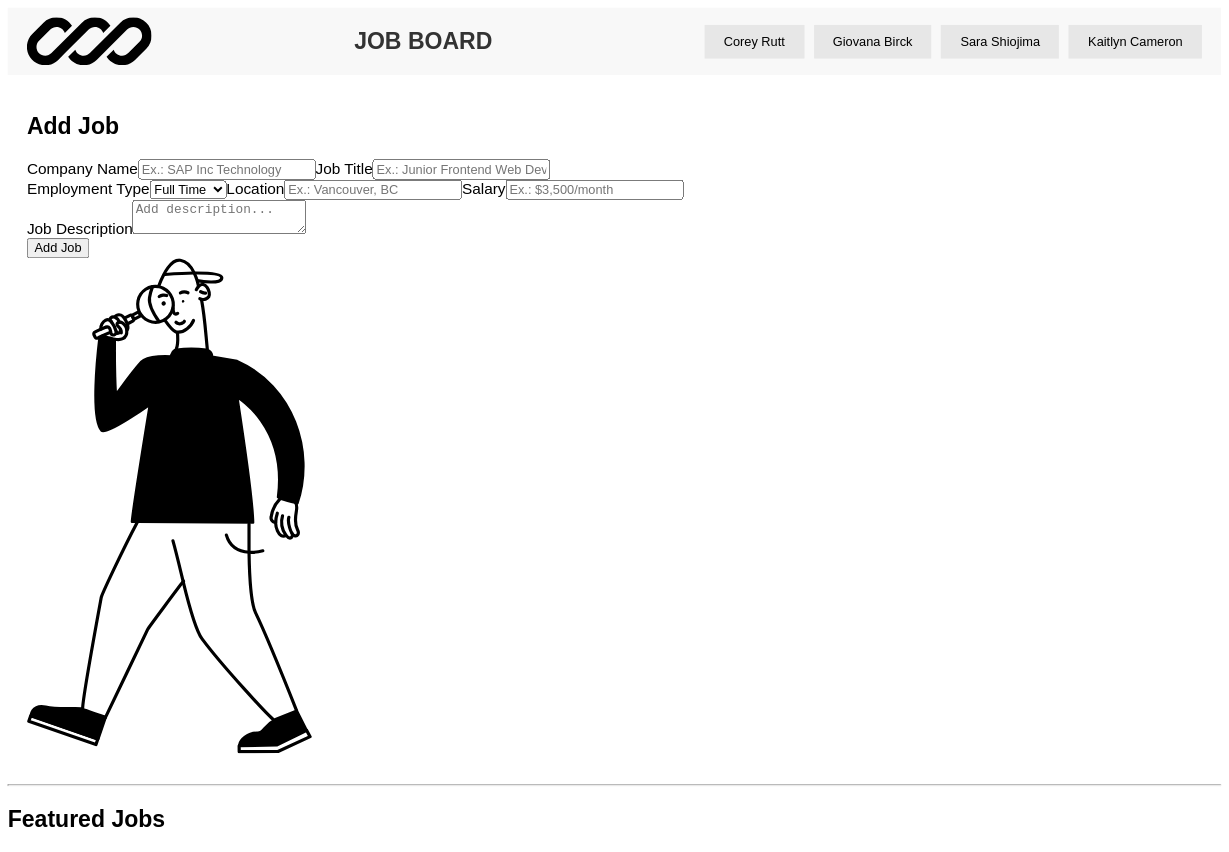
Repository: kcameron37/Final-Project-FrontEnd
Page: /
The author's editor kept a copy of each file at every save. The page is drawn from the files as they stood at one save, then again after a run of saves.
The browser window is 1280 px wide. The pictures show the whole page, at 96% of full size.
The project was rebuilt for these pictures with package versions that can differ from the ones it lists, and the page was loaded fresh each time.

Above is the page before, as saved 2023-11-14 20:05:52.

### src/App.js
import React, { useState } from 'react';

import styles from './styles.css';

import JobList from './components/JobList.js';
import AddJob from './components/AddJob.js';
import NavBar from './components/NavBar.js';


export default function App() {
  const [jobs, setJobs] = useState([]);

  const addJob = (job) => {
    setJobs([...jobs, job]);
  };

  const deleteJob = (index) => {
    const newJobs = jobs.filter((_, idx) => idx !== index);
    setJobs(newJobs);
  };

  return (
    <div className="App">
      <NavBar />
      <AddJob addJob={addJob} />
      <JobList jobs={jobs} deleteJob={deleteJob} />
    </div>
  );
}

### src/styles.css
.App {
  font-family: 'Rubik', sans-serif;
}

### src/components/JobList.js
import React from 'react';

export default function JobList({ jobs, deleteJob }) {
  return (
    <div>
      <hr />
      <h2>Featured Jobs</h2>
      {
        jobs.map((job, index) => (
          <div key={index} className="job-item">
            <h3>{job.jobTitle}</h3>
            <button onClick={() => console.log('Make Edit Do Something')}>Edit</button>
            <button onClick={() => deleteJob(index)}>Delete</button>
            <p>{job.companyName} • {job.employment} • {job.location} • {job.salary}</p>
            <p>{job.description}</p>
            <hr />
          </div>
        ))
      }
    </div>
  );
}

### src/components/AddJob.js
import React, { useState } from 'react';
import styles from './addJob.module.css';


export default function AddJob({ addJob }) {

    const [job, setJob] = useState({
        companyName: '',
        jobTitle: '',
        employment: 'Full Time',
        location: '',
        salary: '',
        description: ''
    });

    const handleSubmit = (e) => {
        e.preventDefault();
        addJob(job);
        setJob({ companyName: '', jobTitle: '', employment: 'Full Time', location: '', salary: '', description: '' });
    }

    const handleChange = (e) => {
        setJob({ ...job, [e.target.name]: e.target.value });
    };

    return (
        <form onSubmit={handleSubmit} className={styles.formContainer}>
            <h2>Add Job</h2>
            <div>
                <label>Company Name</label>
                <input
                    type="text"
                    name="companyName"
                    value={job.companyName}
                    onChange={handleChange}
                    placeholder="Ex.: SAP Inc Technology"
                />

                <label>Job Title</label>
                <input
                    type="text"
                    name="jobTitle"
                    value={job.jobTitle}
                    onChange={handleChange}
                    placeholder="Ex.: Junior Frontend Web Developer"
                />
            </div>

            <div>
                <label>Employment Type</label>
                <select name="employment" value={job.employment} onChange={handleChange}>
                    <option value="Full Time">Full Time</option>
                    <option value="Part Time">Part Time</option>
                </select>

                <label>Location</label>
                <input
                    type="text"
                    name="location"
                    value={job.location}
                    onChange={handleChange}
                    placeholder="Ex.: Vancouver, BC"
                />

                <label>Salary</label>
                <input
                    type="text"
                    name="salary"
                    value={job.salary}
                    onChange={handleChange}
                    placeholder="Ex.: $3,500/month"
                />
            </div>

            <div>
                <label>Job Description</label>
                <textarea
                    name="description"
                    value={job.description}
                    onChange={handleChange}
                    placeholder="Add description..."
                />
            </div>
            <button type="submit">Add Job</button>

            <div>
                <img src="/images/man.svg" alt="Logo" />
            </div>
        </form>
    );
}

### src/components/NavBar.js
import React from 'react';
import styles from './navBar.module.css';

export default function NavBar() {
    return (
        <div className={styles.navBar}>
            <img src="/images/logo.svg" alt="Logo" />
            <h2>JOB BOARD</h2>
            <div>
                <button>Corey Rutt</button>
                <button>Giovana Birck</button>
                <button>Sara Shiojima</button>
                <button>Kaitlyn Cameron</button>
            </div>
        </div>
    );
}

### src/components/addJob.module.css
.formContainer {
    max-width: 100vw;
    margin: 0 auto;
    padding: 20px;
    font-family: 'Rubik', sans-serif;
}

### src/components/navBar.module.css
.navBar {
    background-color: #f8f8f8;
    padding: 10px 20px;
    display: flex;
    align-items: center;
    justify-content: space-between;
  }

  .navBar img {
    height: 50px;
  }

  .navBar h2 {
    margin: 0;
    padding: 0;
    font-size: 24px;
    color: #333;
  }

  .navBar button {
    background-color: #e7e7e7;
    border: none;
    padding: 10px 20px;
    margin-left: 10px;
    cursor: pointer;
    transition: background-color 0.3s;
  }

  .navBar button:hover {
    background-color: #d7d7d7;
  }

Loaded but not shown: public/index.html (common file); src/index.js (common file)

After the next 2 saves:
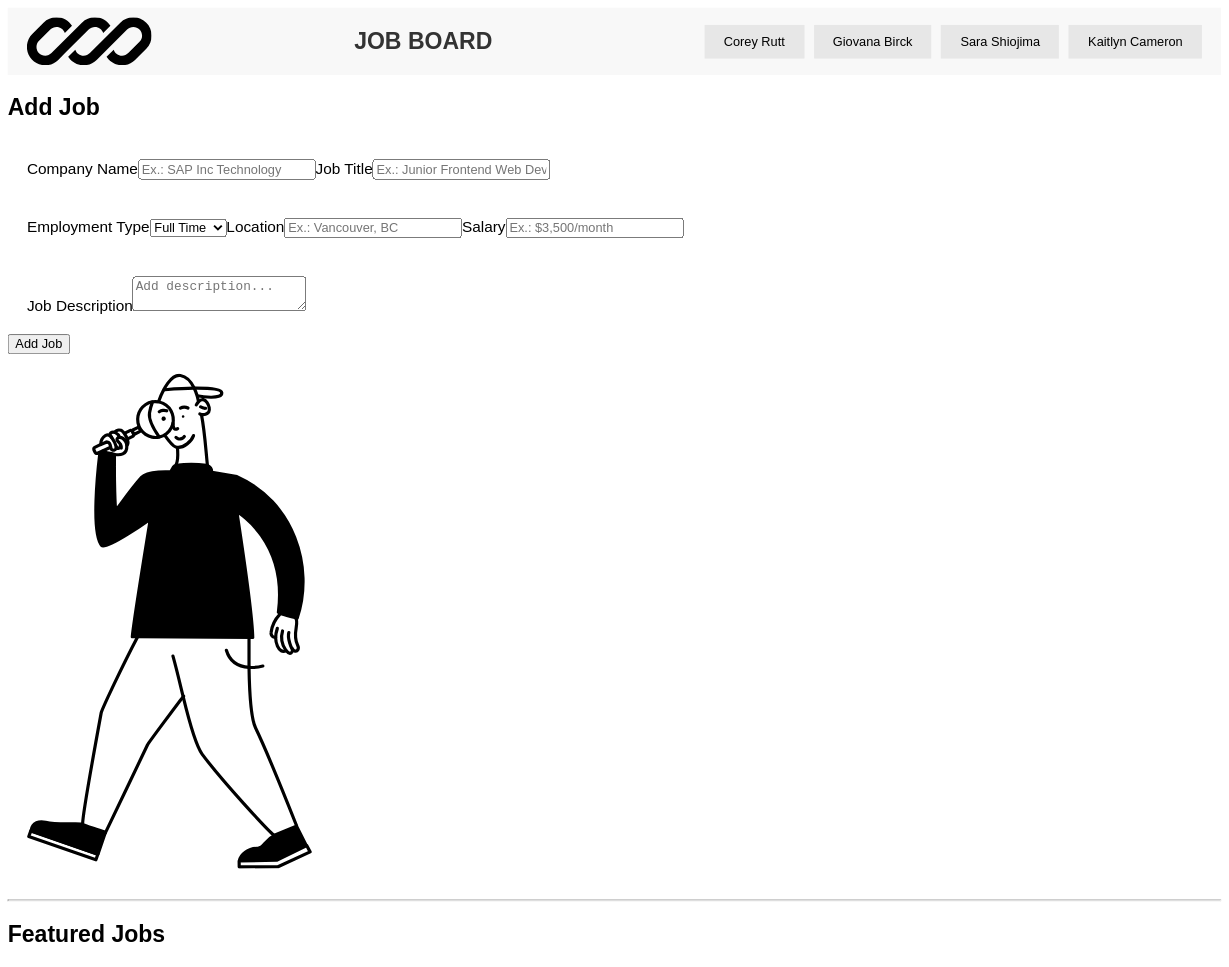
The 2 saves are shown as one change because they came seconds apart.
The last was saved 21 s later.
--- a/src/components/addJob.module.css
+++ b/src/components/addJob.module.css
@@ -1,4 +1,4 @@
-.formContainer {
+.formContainer > div {
     max-width: 100vw;
     margin: 0 auto;
     padding: 20px;
